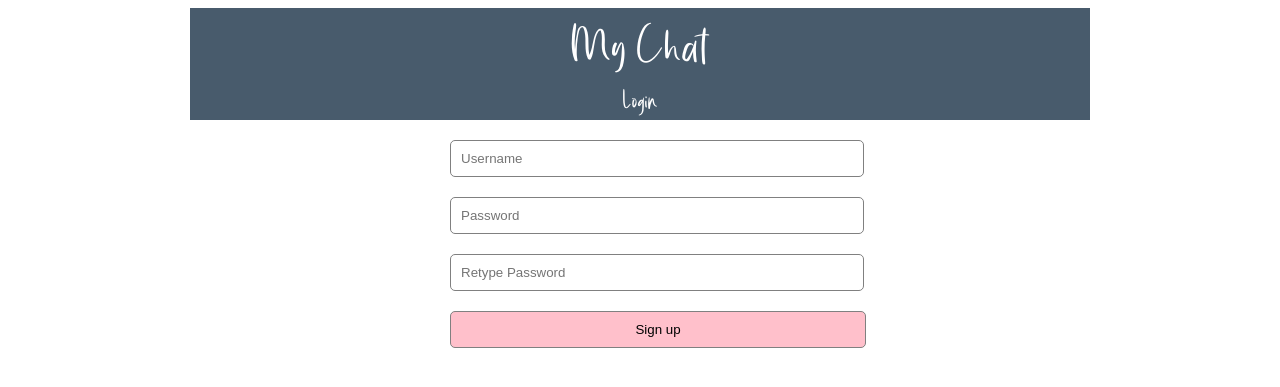
Repository: chathura226/SeekWork_Group_Project_I
Page: http://localhost/signup.php
An editor plug-in stored every save of this project. The page is shown before and after the next save, followed by the edit.
The browser window is 1280 px wide. The pictures show the whole page.
The page is run by PHP 8.4 with error messages shown; the project is at /var/www/html/.

Above is the page before, as saved 2023-12-05 20:54:44.
Console error: TypeError: Cannot read properties of null (reading 'addEventListener')

After the next save:
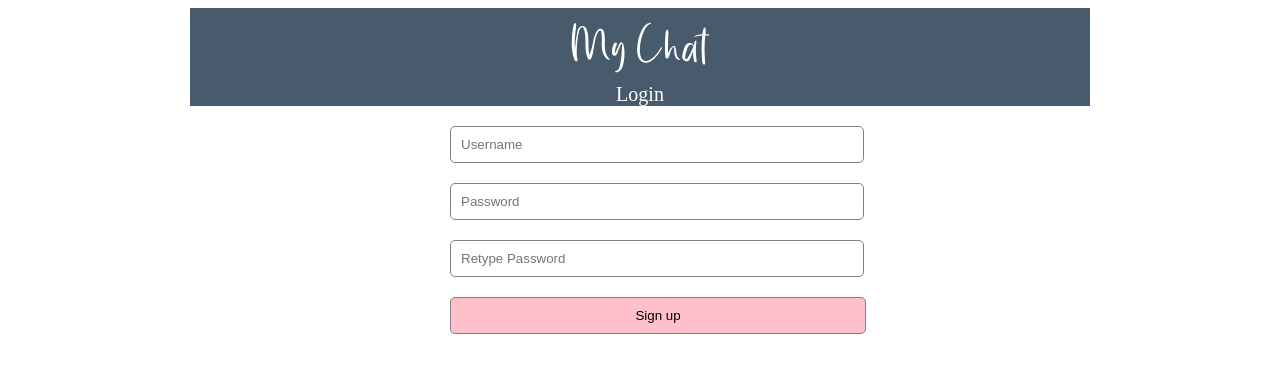
Saved 68 s later.
--- a/chat/signup.php
+++ b/chat/signup.php
@@ -69,7 +69,7 @@
         <div id="header">
             My Chat
 
-            <div style="font-size:20px;">Login</div>
+            <div style="font-size:20px; font-family:mtFont">Login</div>
 
         </div>
 
